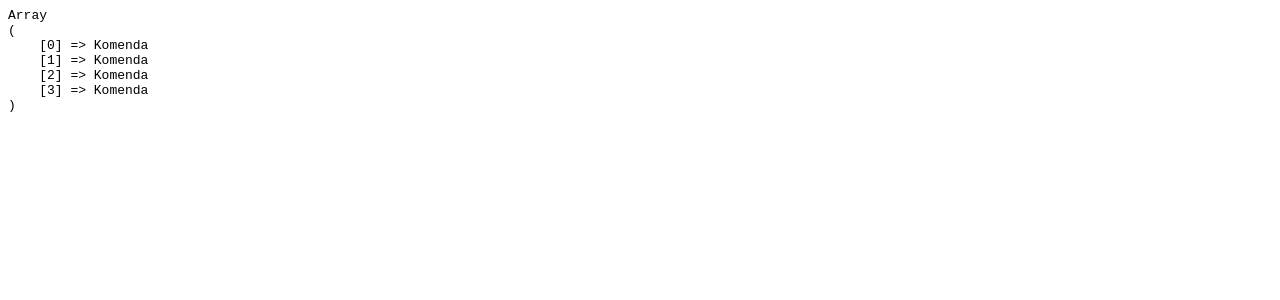
Repository: mahoone/revising_php
Page: http://localhost/Config.php
These files come from the project's save history. The page is drawn as it stood at one moment and after the next save; the edit follows.
The browser window is 1280 px wide. The pictures show the whole page.
The page is run by PHP 8.4 with error messages shown; the project is at /var/www/html/.

Above is the page before, as saved 2020-06-01 21:41:42.

After the next save:
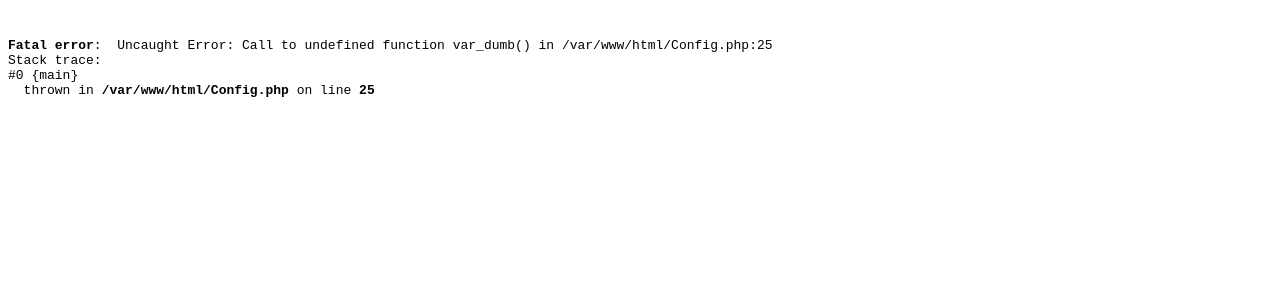
Saved 7 min 21 s later.
--- a/Config.php
+++ b/Config.php
@@ -17,11 +17,10 @@
             $tablica[$t] = '';
             break;
         default:
-
             $tablica[$t] = $tablica[$t].$tekst[$i];
    }
 }
 
 echo '<pre>';
-print_r($tablica);
+var_dumb($tablica);
 echo '</pre>';

After the save that followed:
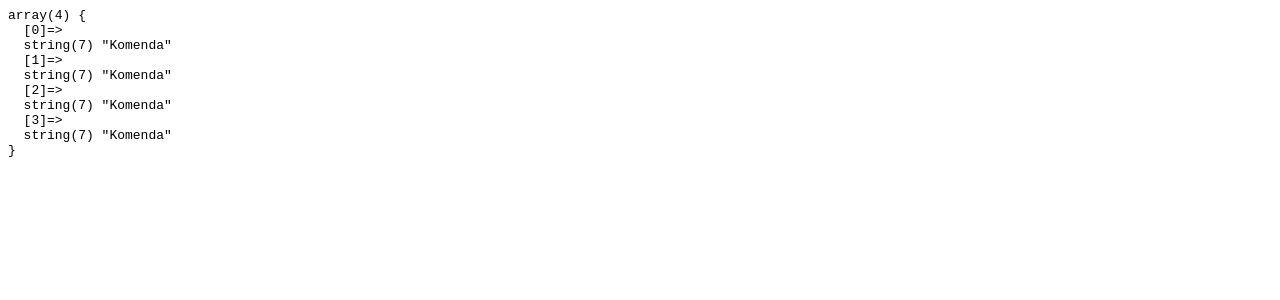
Saved 14 s later.
--- a/Config.php
+++ b/Config.php
@@ -22,5 +22,5 @@
 }
 
 echo '<pre>';
-var_dumb($tablica);
+var_dump($tablica);
 echo '</pre>';
